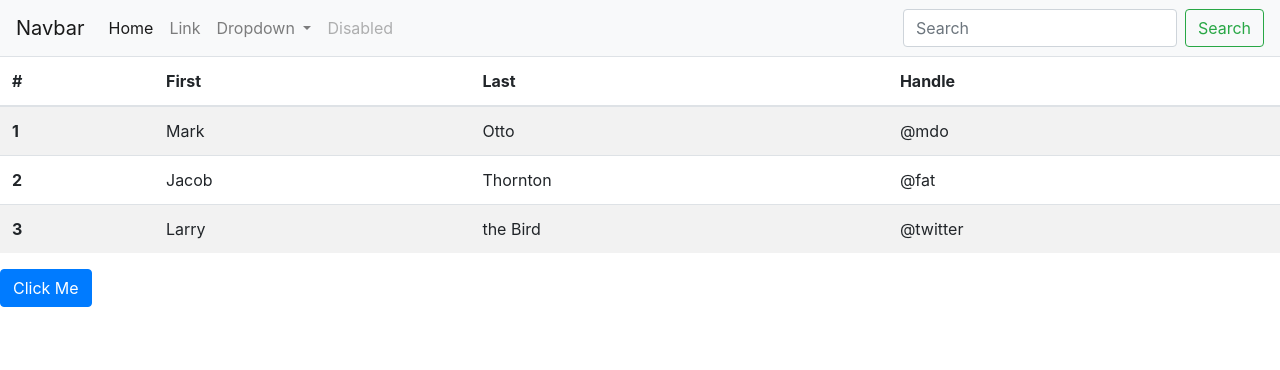
Repository: nashthecoder/vuebasics
Page: / (app in vue-app/demo/)
An editor plug-in stored every save of this project. The page is shown before and after the next save, followed by the edit.
The browser window is 1280 px wide. The pictures show the whole page.
The project was rebuilt for these pictures with package versions that can differ from the ones it lists, and the page was loaded fresh each time. Also part of the build but not shown: vue-app/demo/src/components/HelloWorld.vue.

Above is the page before, as saved 2021-01-06 19:51:18.

### vue-app/demo/src/App.vue
<template>
  <div id="app">
    <nav class="navbar navbar-expand-lg navbar-light bg-light">
  <a class="navbar-brand" href="#">Navbar</a>
  <button class="navbar-toggler" type="button" data-toggle="collapse" data-target="#navbarSupportedContent" aria-controls="navbarSupportedContent" aria-expanded="false" aria-label="Toggle navigation">
    <span class="navbar-toggler-icon"></span>
  </button>

  <div class="collapse navbar-collapse" id="navbarSupportedContent">
    <ul class="navbar-nav mr-auto">
      <li class="nav-item active">
        <a class="nav-link" href="#">Home <span class="sr-only">(current)</span></a>
      </li>
      <li class="nav-item">
        <a class="nav-link" href="#">Link</a>
      </li>
      <li class="nav-item dropdown">
        <a class="nav-link dropdown-toggle" href="#" id="navbarDropdown" role="button" data-toggle="dropdown" aria-haspopup="true" aria-expanded="false">
          Dropdown
        </a>
        <div class="dropdown-menu" aria-labelledby="navbarDropdown">
          <a class="dropdown-item" href="#">Action</a>
          <a class="dropdown-item" href="#">Another action</a>
          <div class="dropdown-divider"></div>
          <a class="dropdown-item" href="#">Something else here</a>
        </div>
      </li>
      <li class="nav-item">
        <a class="nav-link disabled" href="#">Disabled</a>
      </li>
    </ul>
    <form class="form-inline my-2 my-lg-0">
      <input class="form-control mr-sm-2" type="search" placeholder="Search" aria-label="Search">
      <button class="btn btn-outline-success my-2 my-sm-0" type="submit">Search</button>
    </form>
  </div>
</nav>

    <PostsExample />
  </div>
</template>

<script>
import HelloWorld from './components/HelloWorld';
import PostsExample from './components/Posts';

export default {
  name: 'App',
  components: {
    HelloWorld,
    PostsExample
  }
}
</script>

<style>
@import "../node_modules/bootstrap/dist/css/bootstrap.min.css";

</style>

### vue-app/demo/src/components/Posts.vue
<template>
  <div>
    <table class="table table-striped">
  <thead>
    <tr>
      <th scope="col">#</th>
      <th scope="col">First</th>
      <th scope="col">Last</th>
      <th scope="col">Handle</th>
    </tr>
  </thead>
  <tbody>
    <tr>
      <th scope="row">1</th>
      <td>Mark</td>
      <td>Otto</td>
      <td>@mdo</td>
    </tr>
    <tr>
      <th scope="row">2</th>
      <td>Jacob</td>
      <td>Thornton</td>
      <td>@fat</td>
    </tr>
    <tr>
      <th scope="row">3</th>
      <td>Larry</td>
      <td>the Bird</td>
      <td>@twitter</td>
    </tr>
  </tbody>
</table>
    <button class="btn btn-primary">Click Me</button>

  </div>
</template>

<script>
export default {
  name: 'PostsExample',
  data(){
    return{
      posts: [
        {id:1, title: 'Post 1'},
        {id:2, title: 'Post 2'},
        {id:3, title: 'Post 3'},
        {id:4, title: 'Post 4'},
      ]
    }
  }

}
</script>

<style>

</style>

Loaded but not shown: vue-app/demo/index.html (common file); vue-app/demo/src/main.js (common file)

After the next save:
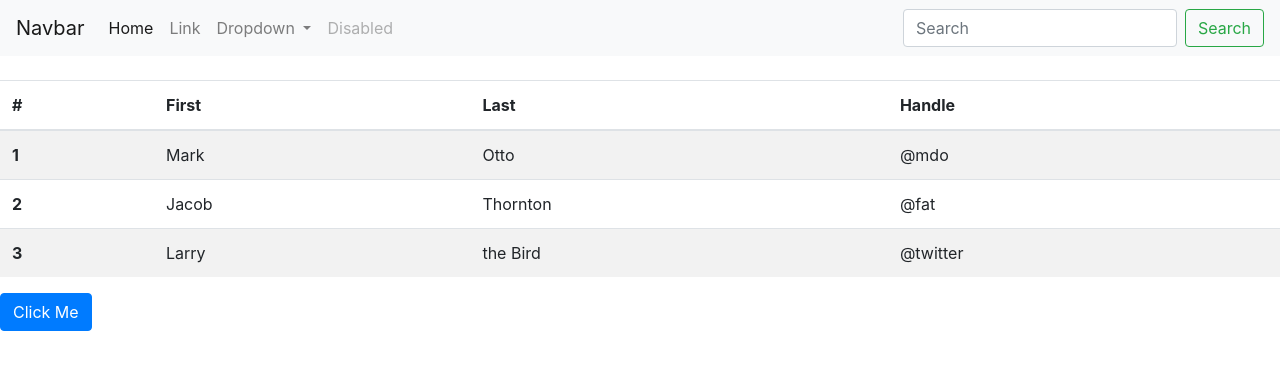
Saved 30 s later.
--- a/vue-app/demo/src/components/Posts.vue
+++ b/vue-app/demo/src/components/Posts.vue
@@ -1,6 +1,6 @@
 <template>
   <div>
-    <table class="table table-striped">
+    <table class="table table-striped mt-4">
   <thead>
     <tr>
       <th scope="col">#</th>
